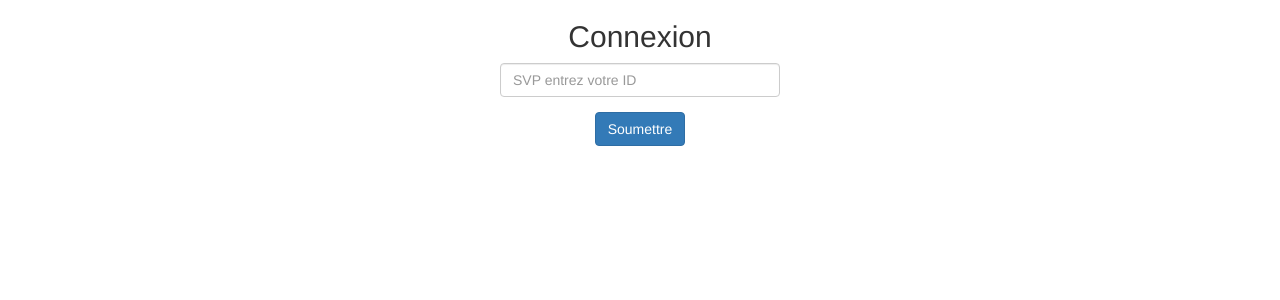
Repository: Caleb-St/CabinetMedical
Page: http://localhost/main.php
The author's editor kept a copy of each file at every save. The page is drawn from the files as they stood at one save, then again after the next save.
The browser window is 1280 px wide. The pictures show the whole page.
The page is run by PHP 8.4 with error messages shown; the project is at /var/www/html/.

Above is the page before, as saved 2016-04-11 05:22:02.

### dbphp/main.php
<?php
/* Point of entry for the web app (login page) */
include("Header.php"); //contains HTML head data
session_start();
?>
<!DOCTYPE HTML>
<html>
<head>
<meta charset="utf-8" />
<style>
.error {color: #FF0000;}
</style>
</head>
<body>
<div class="col-md-6 col-md-offset-3" style="text-align:center;">
<form class="form-signin" method="post" action="/CabinetMedical/dbphp/connectDB.php">
	 	<h2>Connexion</h2>
		<div class="form-group">
			<input class ="form-control" type="text" style="max-width:20em; margin:0 auto;" placeholder="SVP entrez votre ID" name="userID">
		</div>
	    <button type="submit" class="btn btn-primary" name="submit">Soumettre</button>
	    <div class="clearfix"></div>
		<span class="error">
		<?php if(isset($_SESSION["loginerror"])) { echo $_SESSION["loginerror"]; $_SESSION["loginerror"] = null; } //throw away error once it's displayed ?>
		</span>
</form>
</div>
</body>
</html>

### dbphp/Header.php
<?php setlocale(LC_ALL, "fr_CA.UTF-8","fra"); ?>
<!DOCTYPE html>
<html lang="en">
<head>
<!-- Latest compiled and minified CSS -->
<link rel="stylesheet" href="http://maxcdn.bootstrapcdn.com/bootstrap/3.3.6/css/bootstrap.min.css">

<!-- jQuery library -->
<script src="https://ajax.googleapis.com/ajax/libs/jquery/1.12.0/jquery.min.js"></script>

<!-- Latest compiled JavaScript -->
<script src="http://maxcdn.bootstrapcdn.com/bootstrap/3.3.6/js/bootstrap.min.js"></script>
<meta charset="utf-8" />
</head>

After the next save:
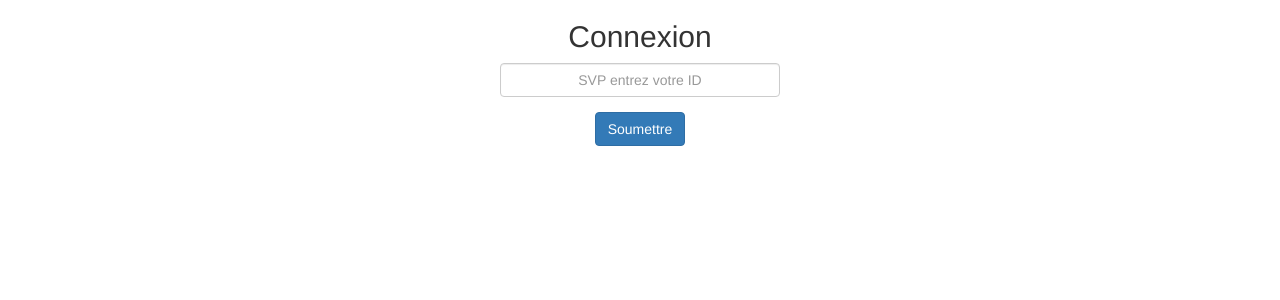
Saved 2 min 23 s later.
--- a/dbphp/main.php
+++ b/dbphp/main.php
@@ -13,10 +13,10 @@ session_start();
 </head>
 <body>
 <div class="col-md-6 col-md-offset-3" style="text-align:center;">
-<form class="form-signin" method="post" action="/CabinetMedical/dbphp/connectDB.php">
+<form class="form-signin" method="post" action="/CabinetMedical/dbphp/LoginManager.php">
 	 	<h2>Connexion</h2>
 		<div class="form-group">
-			<input class ="form-control" type="text" style="max-width:20em; margin:0 auto;" placeholder="SVP entrez votre ID" name="userID">
+			<input class ="form-control" type="text" style="max-width:20em; margin:0 auto; text-align:center" placeholder="SVP entrez votre ID" name="userID">
 		</div>
 	    <button type="submit" class="btn btn-primary" name="submit">Soumettre</button>
 	    <div class="clearfix"></div>
